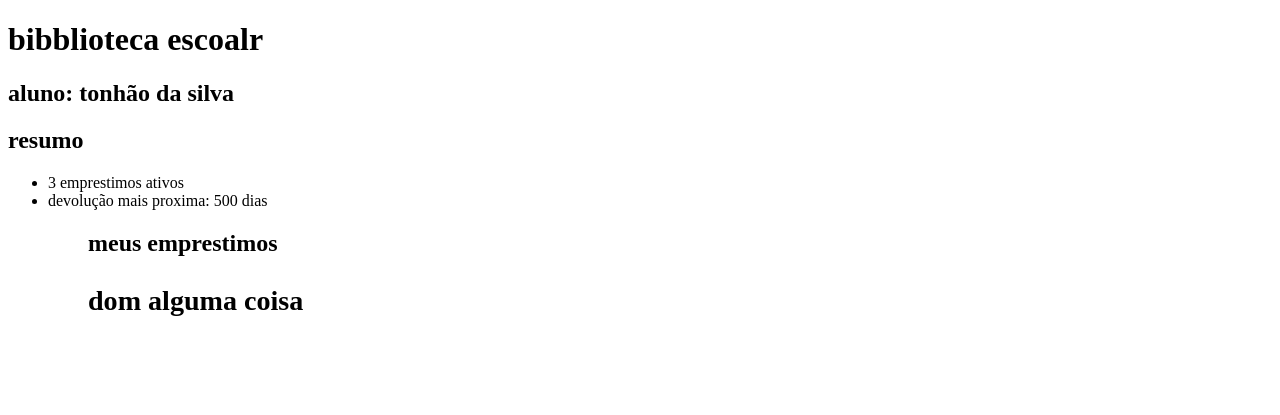
Repository: melloeduarda/html
Page: index.html
These files come from the project's save history. The page is drawn as it stood at one moment and after a run of saves; the edit follows.
The browser window is 1280 px wide. The pictures show the whole page.

Above is the page before, as saved 2026-10-28 15:14:55.

After the next 9 saves:
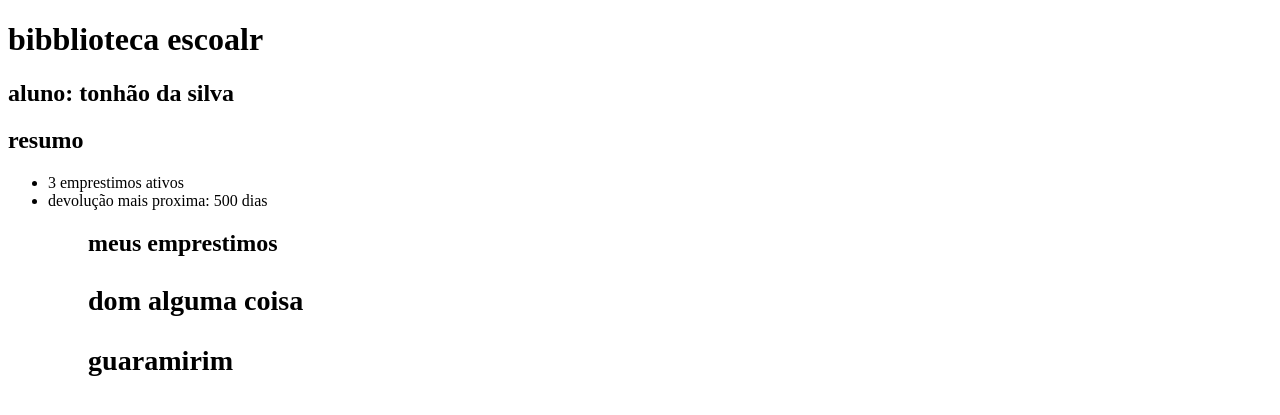
The 9 saves are shown as one change because they came seconds apart.
The last was saved 25 s later.
--- a/index.html
+++ b/index.html
@@ -21,3 +21,4 @@
 <h2>meus emprestimos<h2>
     <div class="card">
         <h3>dom alguma coisa</h3>
+        <h3>guaramirim</h3>
